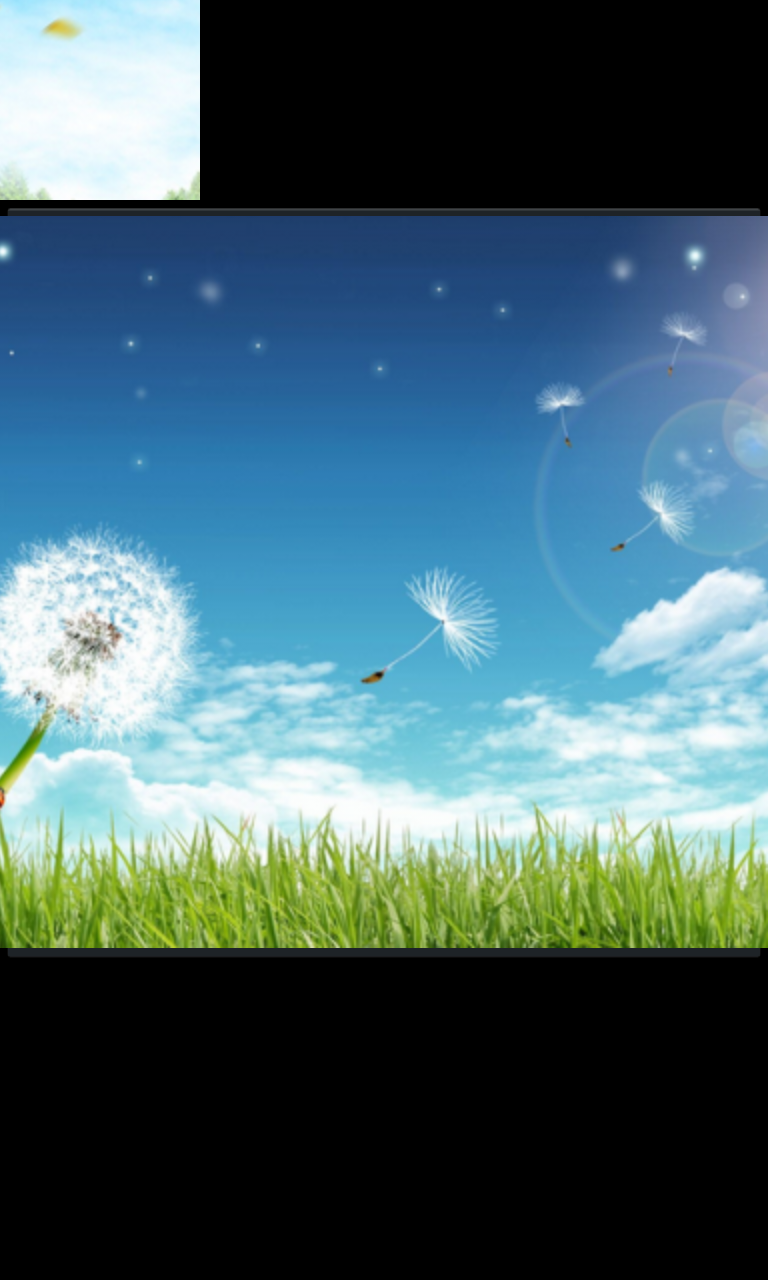
Repository: GuangmingChan/DevelopAndroidApp
Layout: demoImageButton2/res/layout/main.xml
An editor plug-in stored every save of this project. The layout is shown before and after the next save, followed by the edit.
It is drawn on a 768 x 1280 px phone screen (xhdpi) without system bars, with theme android:Theme.Holo; the app's code is not run.

Above is the layout before, as saved 2017-03-14 02:27:09.

After the next save:
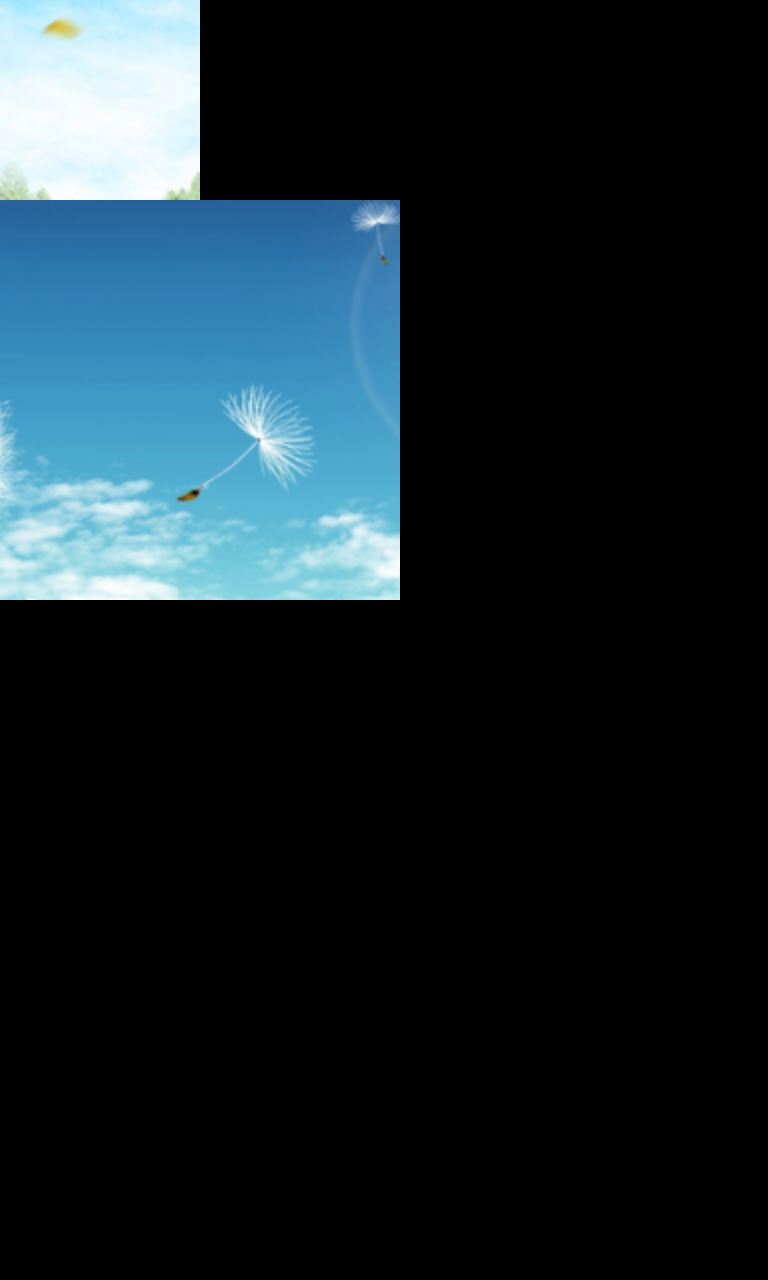
Saved 22 s later.
--- a/demoImageButton2/res/layout/main.xml
+++ b/demoImageButton2/res/layout/main.xml
@@ -11,8 +11,8 @@
         android:src="@drawable/sunshine" />
     <ImageButton
         android:id="@+id/imbt2"
-        android:layout_width="wrap_content"
-        android:layout_height="wrap_content"
+        android:layout_width="200dp"
+        android:layout_height="200dp"
         android:src="@drawable/sunshine2"
         />
 
